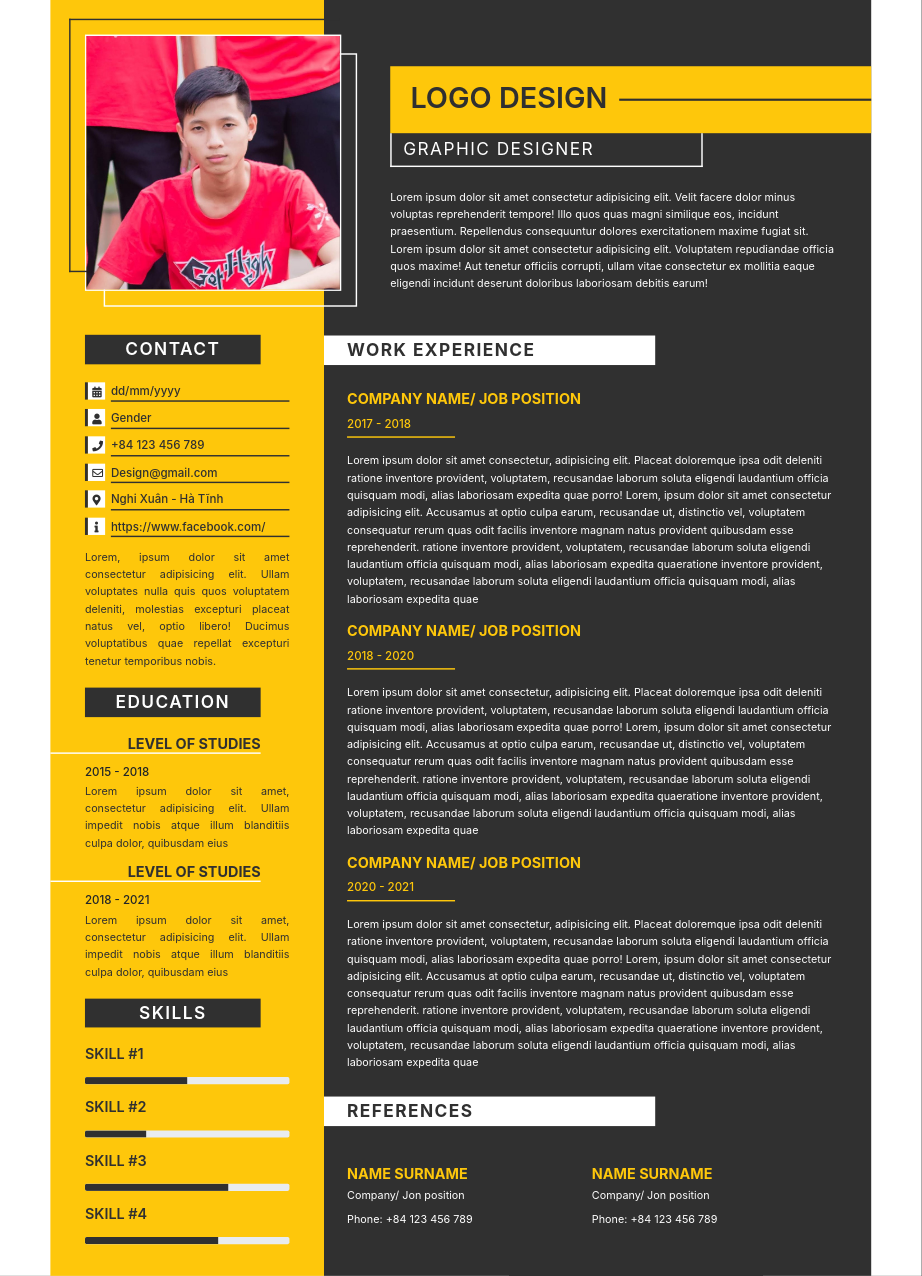
Repository: khoitadev/myCV
Page: index.html
The author's editor kept a copy of each file at every save. The page is drawn from the files as they stood at one save, then again after the next save.
The browser window is 1280 px wide. The pictures show the whole page, at 72% of full size.
Some web libraries are served in a nearby version.

Above is the page before, as saved 2022-02-11 22:22:11.

After the next save:
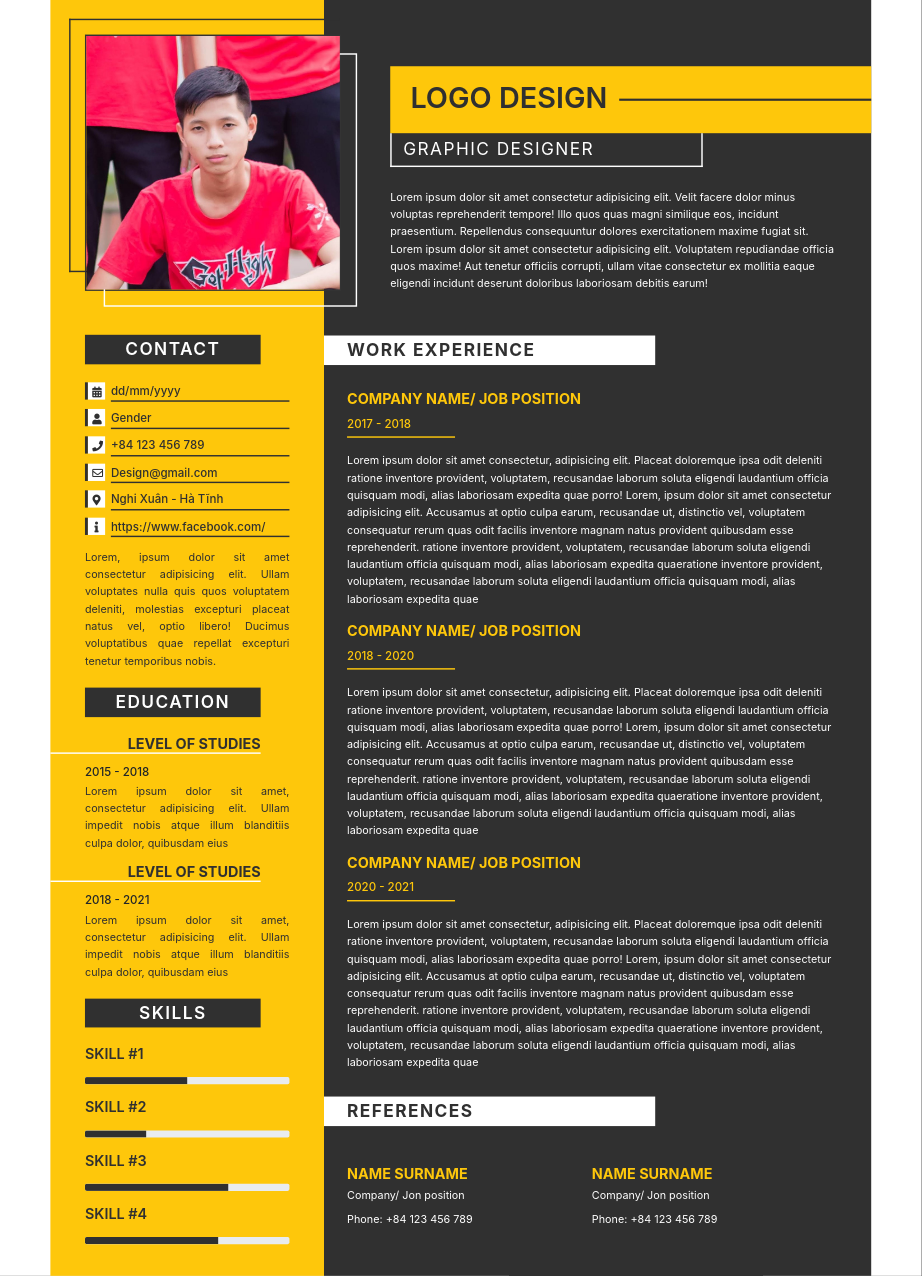
Saved 37 s later.
--- a/assets/css/style.css
+++ b/assets/css/style.css
@@ -65,7 +65,7 @@ i::after {
   z-index: 1;
   text-align: right;
   margin-right: -2.4rem;
-  border: 2px white solid;
+  border: 2px #333 solid;
 }
 .cv__img::before {
   content: "";
